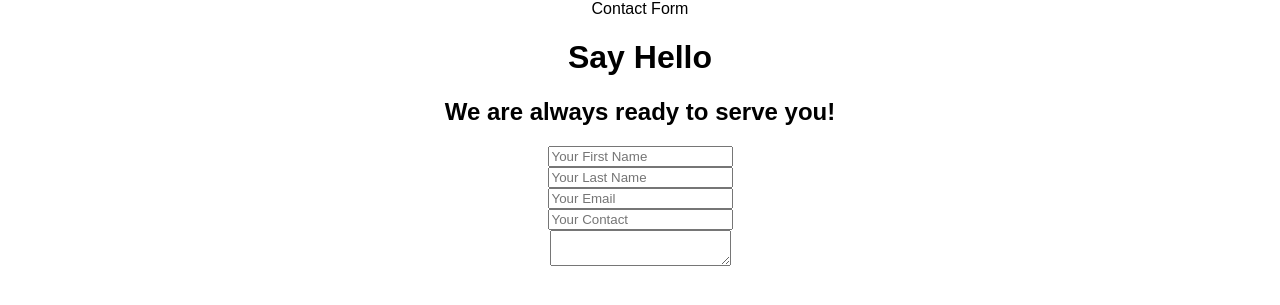
Repository: Owusuharriet/HW1-HAMAH.index.html
Page: index.htm
An editor plug-in stored every save of this project. The page is shown before and after the next save, followed by the edit.
The browser window is 1280 px wide. The pictures show the whole page.

Above is the page before, as saved 2020-08-03 22:38:27.

After the next save:
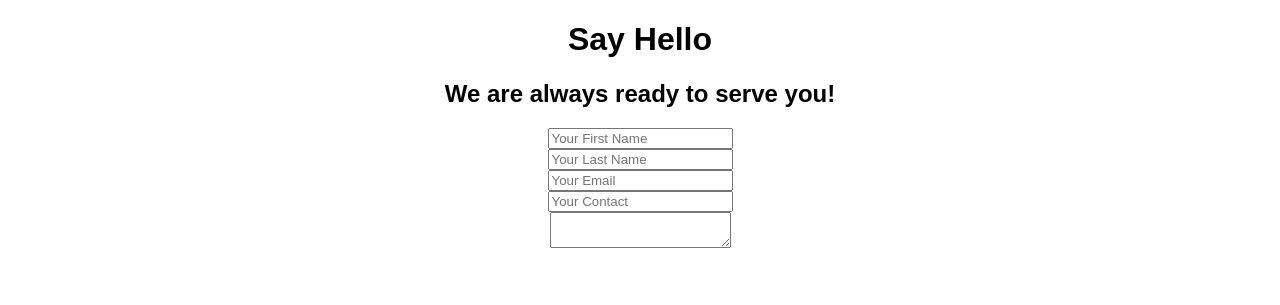
Saved 36 s later.
--- a/index.htm
+++ b/index.htm
@@ -3,7 +3,7 @@
 <head>
     <meta charset="UTF-8">
     <meta name="viewport" content="width=device-width, initial-scale=1.0">
-    <link rel="stylesheet" href="./style.css"
+    <link rel="stylesheet" href="./style.css">
     <title>Contact Form</title>
 </head>
 <body>
